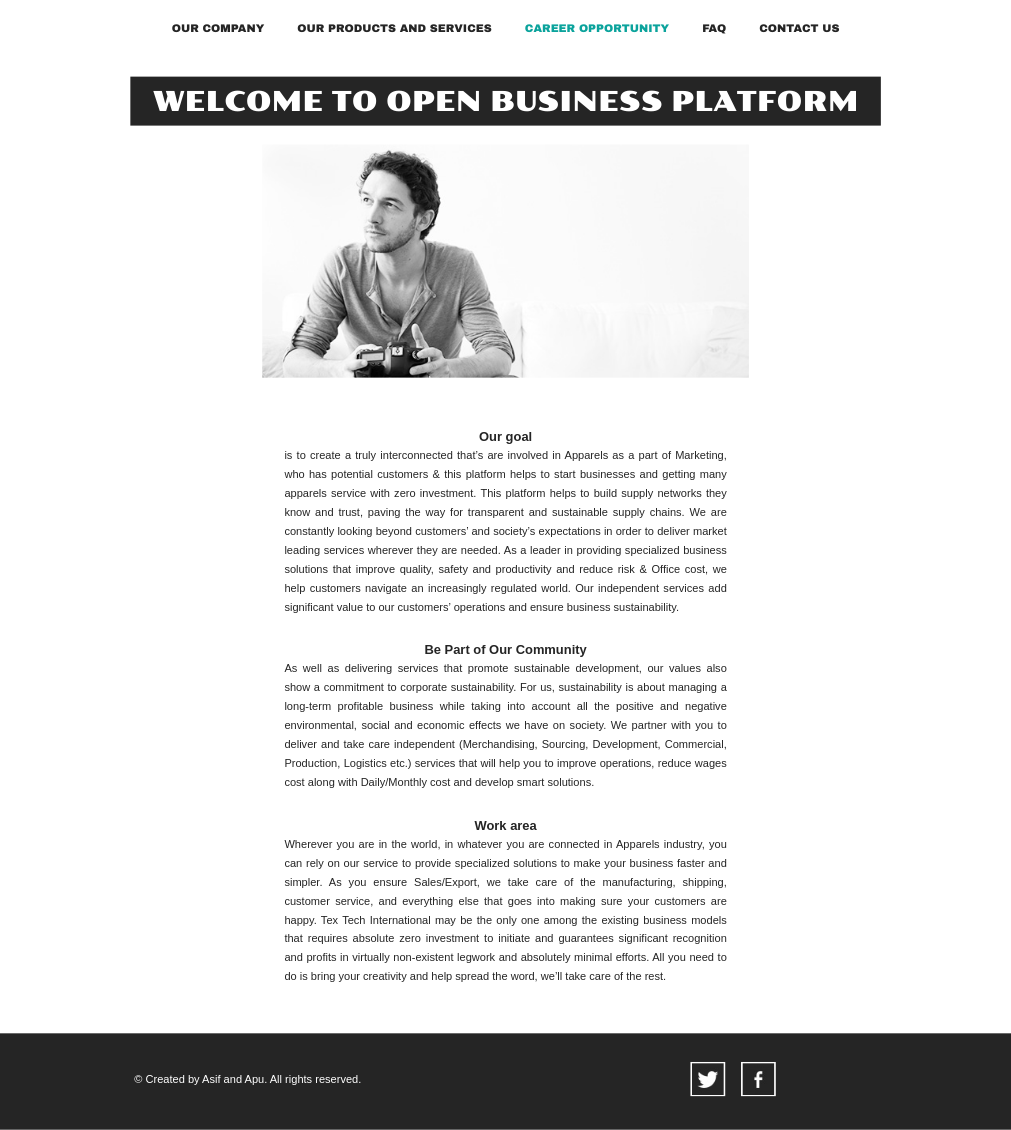
Repository: asifdotpy/textechint
Page: about.html
These files come from the project's save history. The page is drawn as it stood at one moment and after the next save; the edit follows.
The browser window is 1280 px wide. The pictures show the whole page, at 79% of full size.

Above is the page before, as saved 2021-02-24 00:46:48.

After the next save:
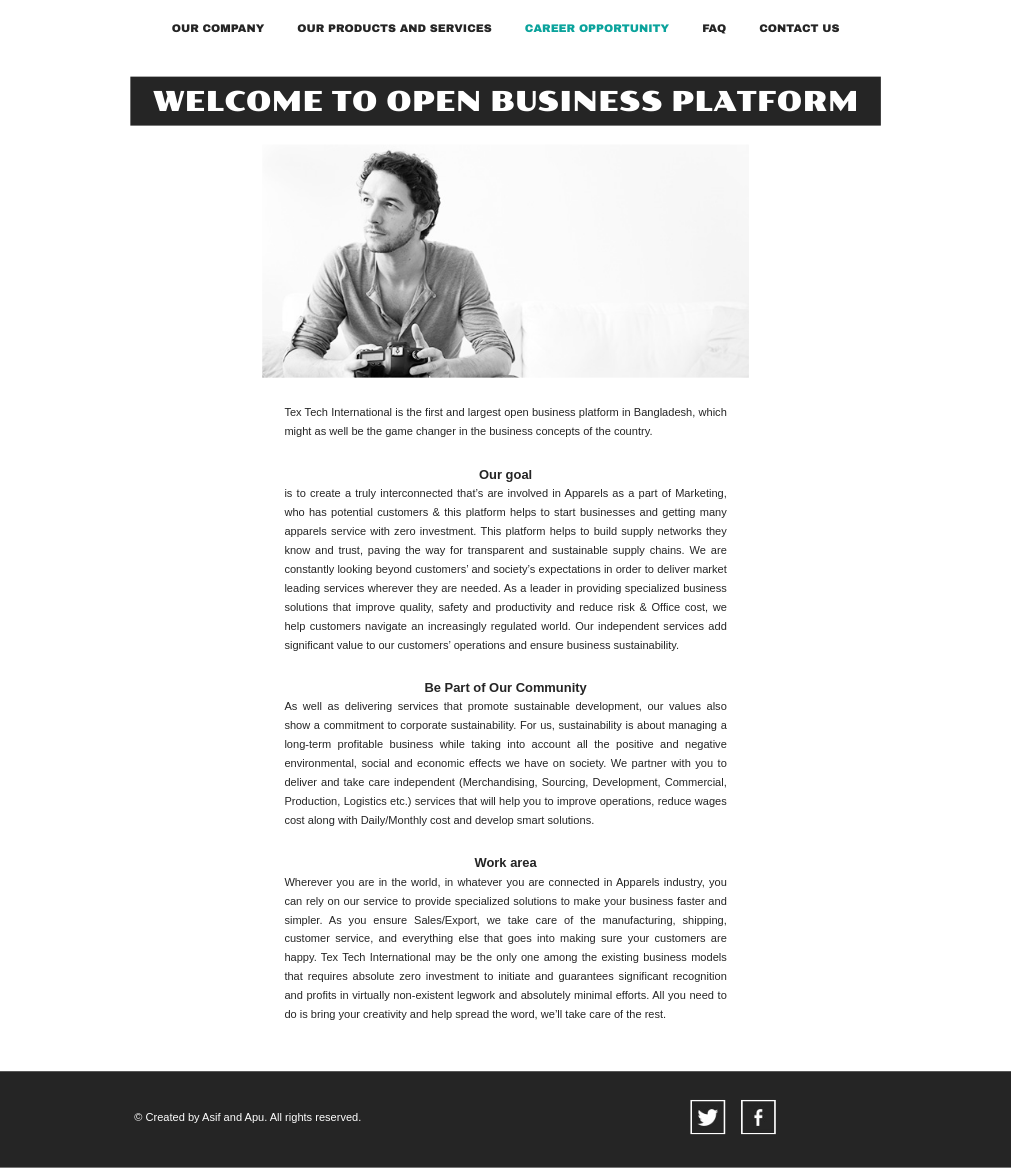
Saved 10 s later.
--- a/about.html
+++ b/about.html
@@ -35,7 +35,7 @@
 			<img src="images/photographer.jpg" alt="">
 			<div class="article">
 				<!--<h3>Tex Tech International is the first and largest open business platform in Bangladesh</h3>-->
-				<p></p>
+				<p>Tex Tech International is the first and largest open business platform in Bangladesh, which might as well be the game changer in the business concepts of the country. </p>
 				<h3>Our goal </h3>
 				<p>
 					is to create a truly interconnected that’s are involved in Apparels as a part of Marketing, who has potential customers & this platform helps to start businesses and getting many apparels service with zero investment. This platform helps to build supply networks they know and trust, paving the way for transparent and sustainable supply chains. We are constantly looking beyond customers’ and society’s expectations in order to deliver market leading services wherever they are needed. As a leader in providing specialized business solutions that improve quality, safety and productivity and reduce risk & Office cost, we help customers navigate an increasingly regulated world. Our independent services add significant value to our customers’ operations and ensure business sustainability.
